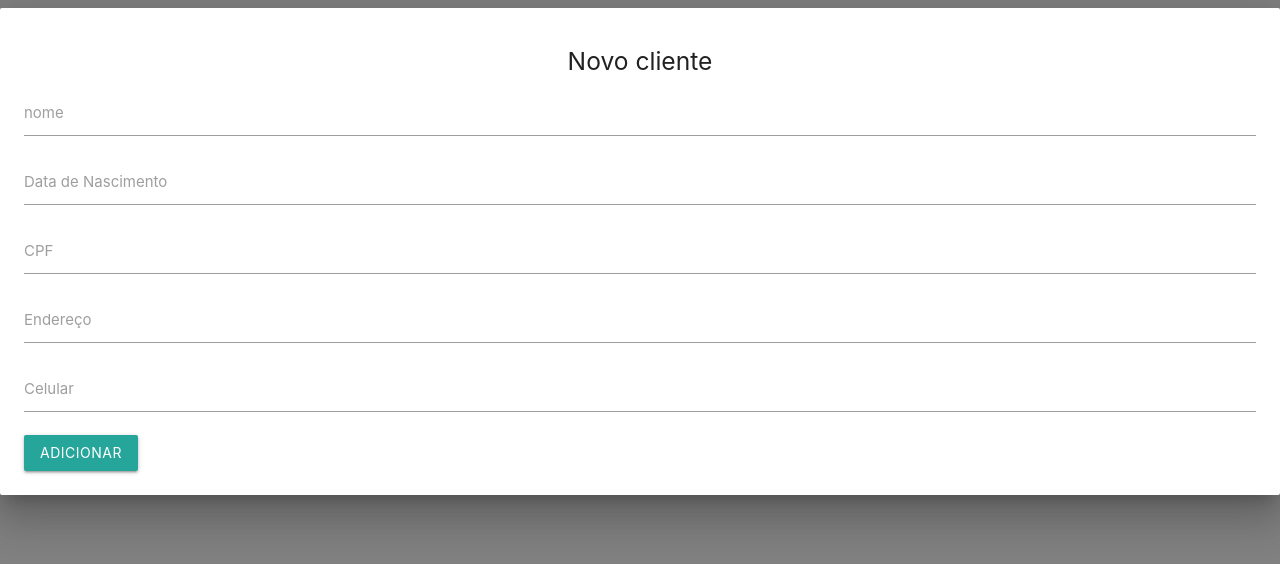
Repository: luizasilveira/TechWeb
Page: Projeto1/techWebP1/WebContent/add.html
These files come from the project's save history. The page is drawn as it stood at one moment and after the next save; the edit follows.
The browser window is 1280 px wide. The pictures show the whole page.

Above is the page before, as saved 2019-09-08 19:35:52.

### Projeto1/techWebP1/WebContent/add.html
<!DOCTYPE html>
<html>
<head>
<meta charset="ISO-8859-1">
<title>HOME</title>
<!--Import Google Icon Font-->
<link href="https://fonts.googleapis.com/icon?family=Material+Icons"
	rel="stylesheet">
<!--Import materialize.css-->
<link rel="stylesheet"
	href="https://cdnjs.cloudflare.com/ajax/libs/materialize/1.0.0/css/materialize.min.css">
<link href="https://fonts.googleapis.com/icon?family=Material+Icons"
	rel="stylesheet">

<style>
body {
	background-color: grey;
}

</style>
</head>

<body>
	<form action="./AddClients" method="post" class="col s12">
		<div class="card-panel z-depth-5">
                  <h5 class="center">Novo cliente</h5>
                  <!--<p class="center">Join to our community now !</p>-->
                   <div class="input-field">
                    <!--<i class="material-icons prefix">account_circle</i>-->
                    <input type="text" name="nome">
                    <label>nome</label>
                  </div>

                   <!--<div class="input-field">
                    <i class="material-icons prefix">email</i
                    <input type="email" name="email" class="validate">
                    <label> email</label>
                  </div>-->

                   <div class="input-field">
                    <!--<i class="material-icons prefix">lock</i>-->
                    <input type="text" name="nascimento">
                    <label>Data de Nascimento</label>
                  </div>

                   <div class="input-field">
                    <!--<i class="material-icons prefix">vpn_key</i>-->
                    <input type="text" name="CPF">
                    <label>CPF</label>
                  </div>

                  <div class="input-field">
                    <!--<i class="material-icons prefix">vpn_key</i>-->
                    <input type="text" name="endereço">
                    <label>Endereço</label>
                  </div>

                  <div class="input-field">
                    <!--<i class="material-icons prefix">vpn_key</i>-->
                    <input type="text" name="celular">
                    <label>Celular</label>
                  </div>


                  <!--<p class="right">Already have an account? <a href="#login" class="modal-trigger">login</a></p>-->
                  <input type="submit" name="submit" value="Adicionar" class="btn left col s12">

                  <div class="clearfix"></div>
               </div>
	</form>



	<script src="https://code.jquery.com/jquery-1.12.0.min.js"></script>
	<script
		src="https://cdnjs.cloudflare.com/ajax/libs/materialize/1.0.0/js/materialize.min.js"></script>





</body>
</html>

After the next save:
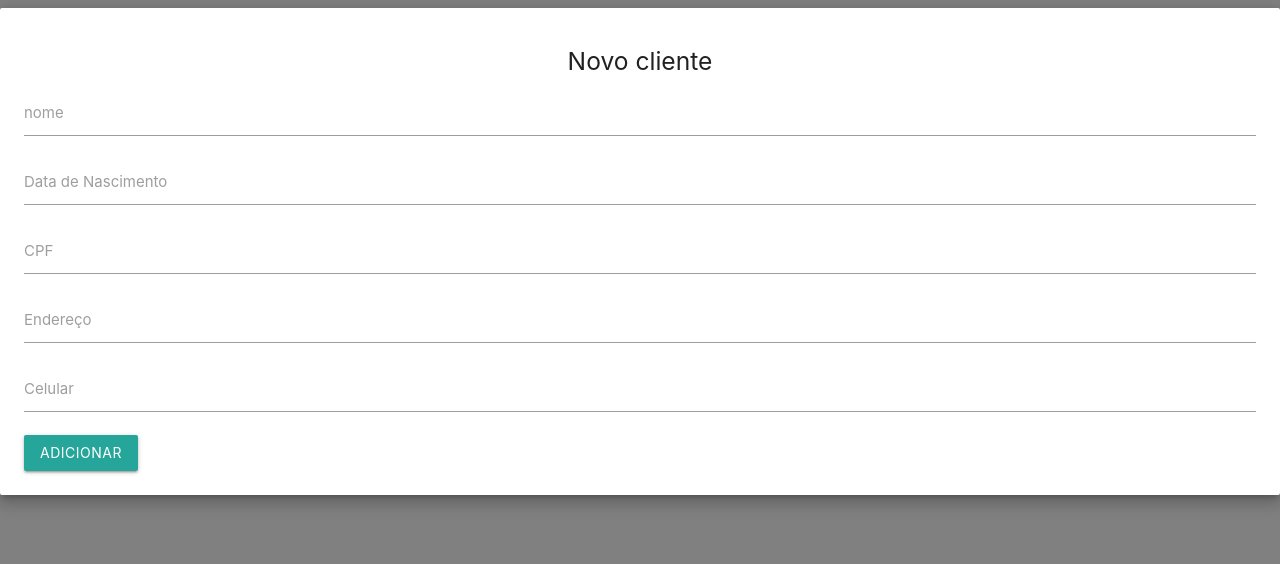
Saved 20 s later.
--- a/Projeto1/techWebP1/WebContent/add.html
+++ b/Projeto1/techWebP1/WebContent/add.html
@@ -22,7 +22,7 @@
 
 <body>
 	<form action="./AddClients" method="post" class="col s12">
-		<div class="card-panel z-depth-5">
+		<div class="card-panel z-depth-3">
                   <h5 class="center">Novo cliente</h5>
                   <!--<p class="center">Join to our community now !</p>-->
                    <div class="input-field">

After the save that followed:
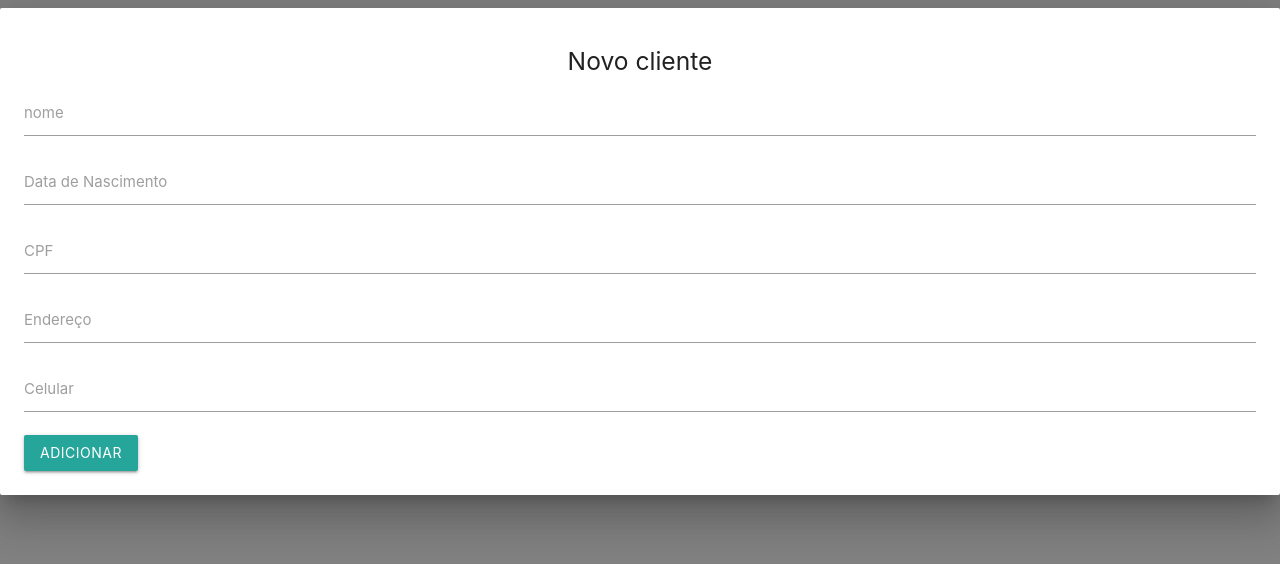
Saved 25 s later.
--- a/Projeto1/techWebP1/WebContent/add.html
+++ b/Projeto1/techWebP1/WebContent/add.html
@@ -21,8 +21,8 @@
 </head>
 
 <body>
-	<form action="./AddClients" method="post" class="col s12">
-		<div class="card-panel z-depth-3">
+	<form action="./AddClients" method="post" class="col s6">
+		<div class="card-panel z-depth-5">
                   <h5 class="center">Novo cliente</h5>
                   <!--<p class="center">Join to our community now !</p>-->
                    <div class="input-field">
